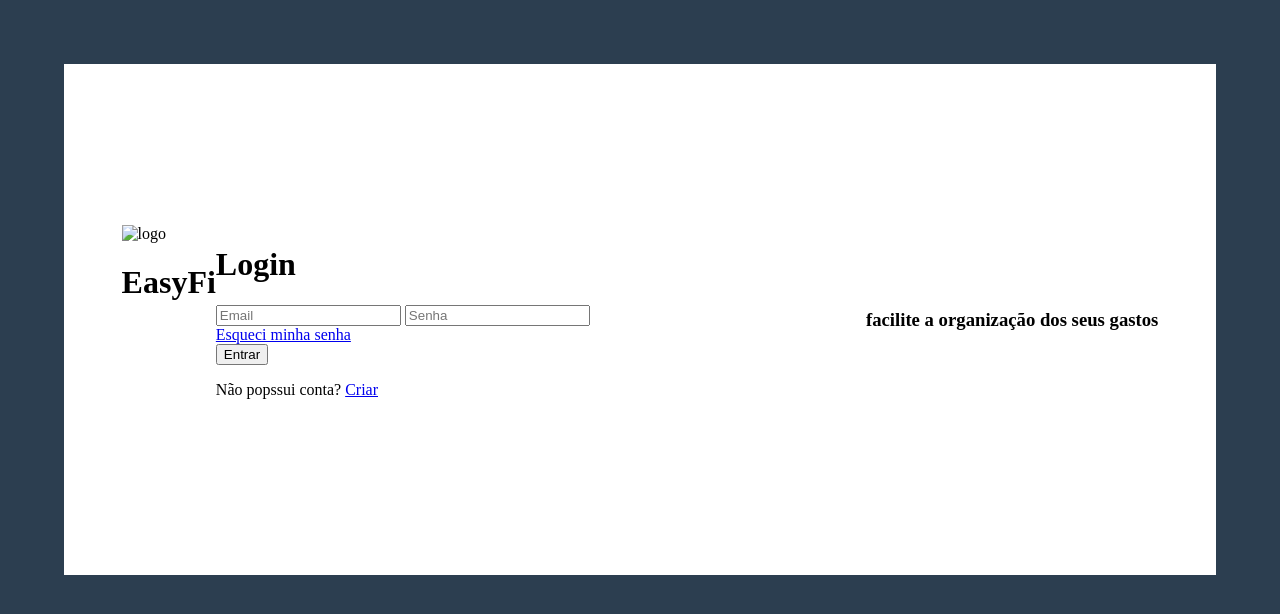
Repository: Ingridiag/projeto-engenharia
Page: login.html
An editor plug-in stored every save of this project. The page is shown before and after the next save, followed by the edit.
The browser window is 1280 px wide. The pictures show the whole page.

Above is the page before, as saved 2024-10-28 15:18:20.

### login.html
<!DOCTYPE html>
<html lang="pt">

<head>
    <meta charset="UTF-8">
    <meta name="viewport" content="width=device-width, initial-scale=1.0">
    <link rel="stylesheet" href="style.css">
    <title>Login</title>
</head>

<body>
    <div class="container">

        <!-- Tela Login -->
        <div class="login">
            <div class="primeira-coluna">
                <div>
                    <img src="#" alt="logo">
                    <h1>EasyFi</h1>
                </div>
                <div>
                    <h1 class="title">Login</h1>
                    <form>
                        <input type="email" placeholder="Email">
                        <input type="password" placeholder="Senha">
                    </form>
                    <div>
                        <a href="#" class="link">Esqueci minha senha</a>

                    </div>
                    <div class="btn-default">
                        <button>
                            Entrar
                        </button>
                    </div>
                    <div>
                        <p>Não popssui conta?
                            <span>
                                <a href="#" class="link">Criar</a>
                            </span>
                        </p>
                    </div>
                </div>
            </div>
            <div class="segunda-coluna">
                <h3 class="mensagem">
                    facilite a organização dos seus gastos
                </h3>
            </div>
        </div>



        <div class="cadastro">
            <!-- Tela Cadastro -->
            <div class="primeira-coluna">
                <h3 class="mensagem">
                    facilite a organização dos seus gastos
                </h3>
            </div>

            <div class="segunda-coluna">
                <div>
                    <img src="#" alt="logo">
                    <h1>EasyFi</h1>
                </div>
                <div>
                    <h1 class="title">Criar Conta</h1>
                    <form>
                        <input type="text" placeholder="Nome">
                        <input type="email" placeholder="Email">
                        <input type="password" placeholder="Senha">
                        <input type="password" placeholder=" Confirmar senha">
                    </form>
                    <div>
                        <a href="#" class="link">Esqueci minha senha</a>

                    </div>
                    <div class="btn-default">
                        <button>
                            Entrar
                        </button>
                    </div>
                    <div>
                        <p>Já possui conta?
                            <span>
                                <a href="#" class="link">Login</a>
                            </span>
                        </p>
                    </div>
                </div>
            </div>
        </div>


    </div>

</body>

</html>

### style.css
body {
    margin: 0;
    padding: 0;
    box-sizing: border-box;
    background: #2C3E50;
}
.container{
    display: flex;
    justify-content: center;
    align-items:center;
    margin: 5%;
}

.login{
    width: 100%;
    height: 55vh;
    padding: 5%;
    display: flex;
    align-items: center;
    background: #fff;
    justify-content: space-between;
}

.primeira-coluna{
    display: flex;
    flex-direction: co;
}
.cadastro{
    display: none;
    flex-direction: column;
    position: relative;
}

After the next save:
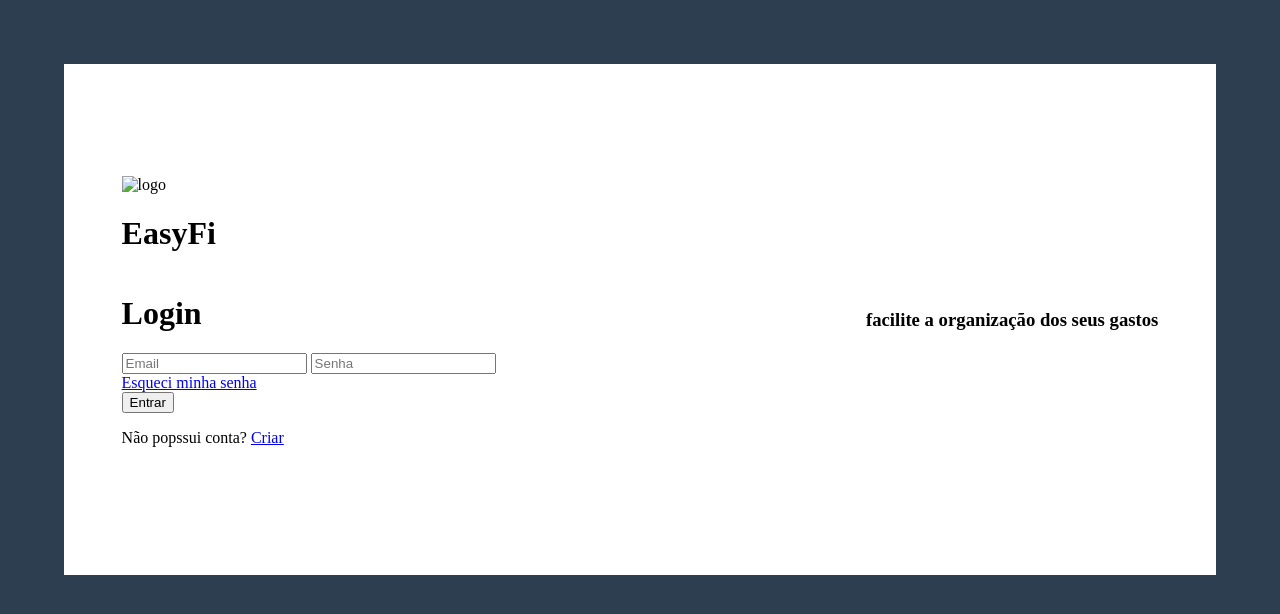
Saved 8 s later.
--- a/style.css
+++ b/style.css
@@ -23,7 +23,7 @@ body {
 
 .primeira-coluna{
     display: flex;
-    flex-direction: co;
+    flex-direction: column;
 }
 .cadastro{
     display: none;
